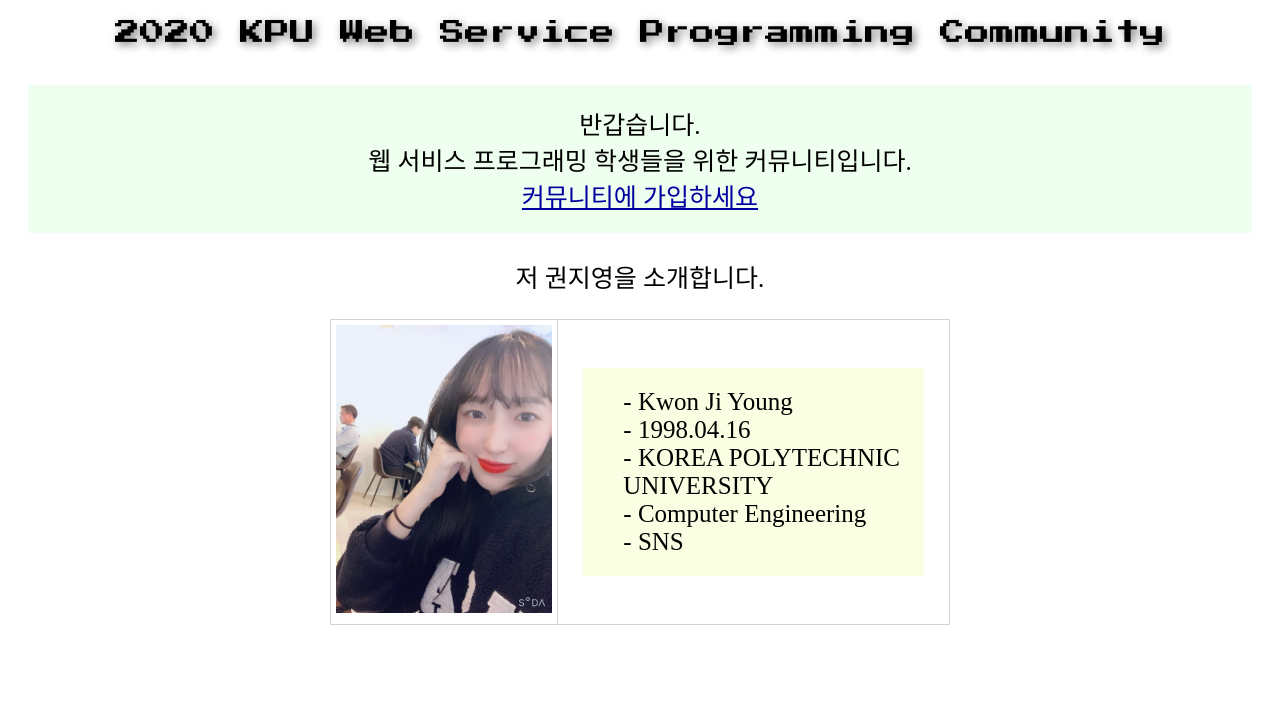
Repository: JiYoung-Kwon/WebProgramming
Page: workspace_20206R/kwonjiyoung_reg/WebContent/welcome.html
These files come from the project's save history. The page is drawn as it stood at one moment and after the next save; the edit follows.
The browser window is 1280 px wide. The pictures show the whole page.
Some web fonts or font styles are not loaded; a fallback is used.

Above is the page before, as saved 2020-10-07 08:01:48.

### workspace_20206R/kwonjiyoung_reg/WebContent/welcome.html
<!DOCTYPE html>
<html>

<head>
<meta charset="UTF-8">
<title>Web Service Programming Homework</title>
<link rel="stylesheet" href="resources/register.css" type="text/css"></link>
</head>

<body>
	<header> 2020 KPU Web Service Programming Community </header>

	<audio src="resources/물방울 - Tido Kang.mp3" autoplay>
	</audio>


	<p id=sect>
		반갑습니다. <br> 웹 서비스 프로그래밍 학생들을 위한 커뮤니티입니다. <br>
		<a	href="http://localhost:8080/kwonjiyoung_reg/StudentServlet?cmd=join" target="_self"> 커뮤니티에 가입하세요</a>
	</p>

	<div>
		<p>저 권지영을 소개합니다.</p>

		<div>
			<table>
				<tr>
					<th> <img src="resources/Jiyoung.jpg" alt="jiyoung" width="216"height="288"></th>
					<td>
						<ul>
							<li> - Kwon Ji Young</li>
							<li> - 1998.04.16</li>
							<li> - KOREA POLYTECHNIC UNIVERSITY</li>
							<li> - Computer Engineering</li>
							<li> - SNS</li>
						 </ul>
					</td>
				</tr>

			</table>
		</div>
	</div>
</body>
</html>

### workspace_20206R/kwonjiyoung_reg/WebContent/resources/register.css
@charset "UTF-8";
@import url('https://fonts.googleapis.com/css2?family=Press+Start+2P&display=swap');
@import url('https://fonts.googleapis.com/css2?family=Nanum+Pen+Script&display=swap');
	header
	{
		margin : 20px 10px 40px 10px;
		font-family: 'Press Start 2P', cursive;
		font-size: 25px;
		text-shadow: 3px 3px 8px gray;
		text-align: center;
	}
	body{
		color: black;
		font-family: 'Nanum Pen Script', cursive;
		font-size: 25px;
	}
	div{
		margin-left: auto;
		margin-right: auto;
		width: 70%;
		text-align: center;
	}
	ul{
		list-style:none;
		text-align:left;
		background-color:#FAFEE2;
		margin-left:20px;
		margin-right: 20px;
		padding-top:20px; padding-bottom:20px;
	}
	#sect{
		background-color:#EFFFEF;
		text-align:center;
		margin:20px;
		padding:20px;
	}
	a{
		text-decoration: underline;
		color: #0000a0;
	}
	table{
		border-collapse: collapse;
		width:100%;
	}
	th{
		border: 1px solid lightgray;
		padding: 5px;
		width: 30%;
	}
	td{
		border: 1px solid lightgray;
		padding: 5px;
		width: 70%;
	}

After the next save:
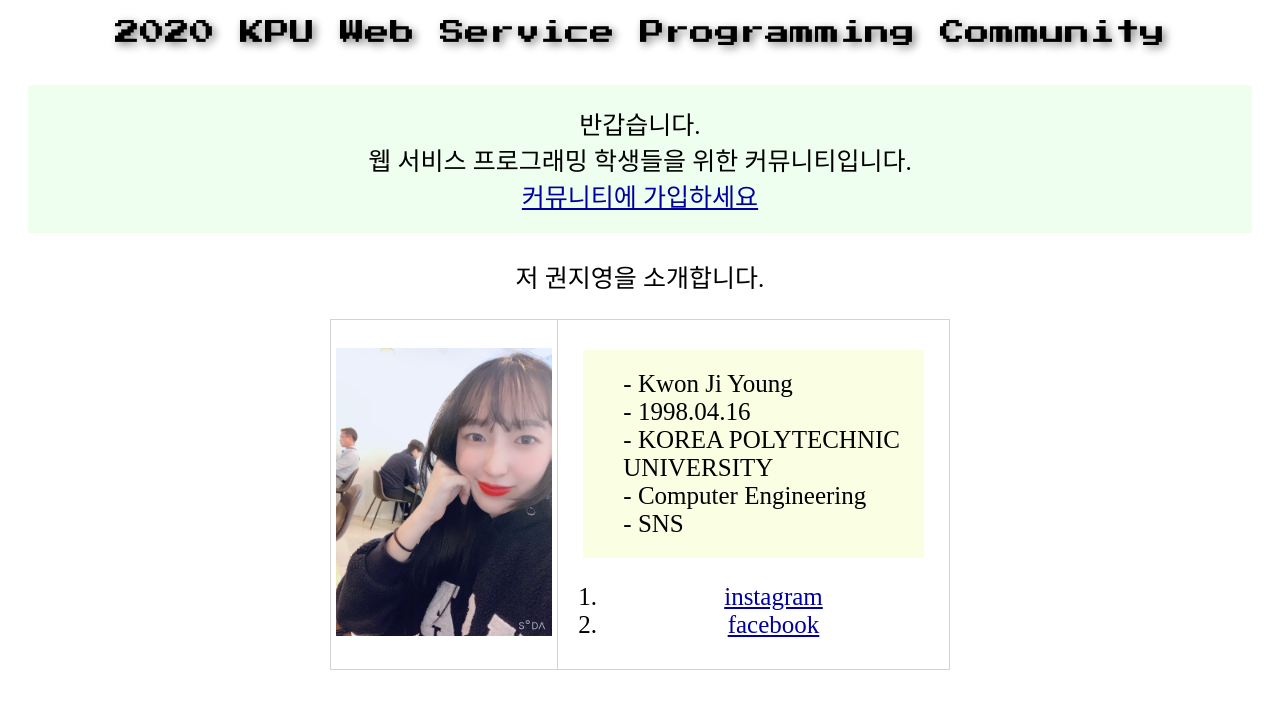
Saved 2 min 59 s later.
--- a/workspace_20206R/kwonjiyoung_reg/WebContent/welcome.html
+++ b/workspace_20206R/kwonjiyoung_reg/WebContent/welcome.html
@@ -34,6 +34,10 @@
 							<li> - Computer Engineering</li>
 							<li> - SNS</li>
 						 </ul>
+						 <ol>
+						 	<li><a href="https://www.instagram.com/jjiyomm/">instagram</a></li>
+							<li><a href="https://www.facebook.com/rhakrywkd">facebook</a></li>
+						 </ol>
 					</td>
 				</tr>
 
